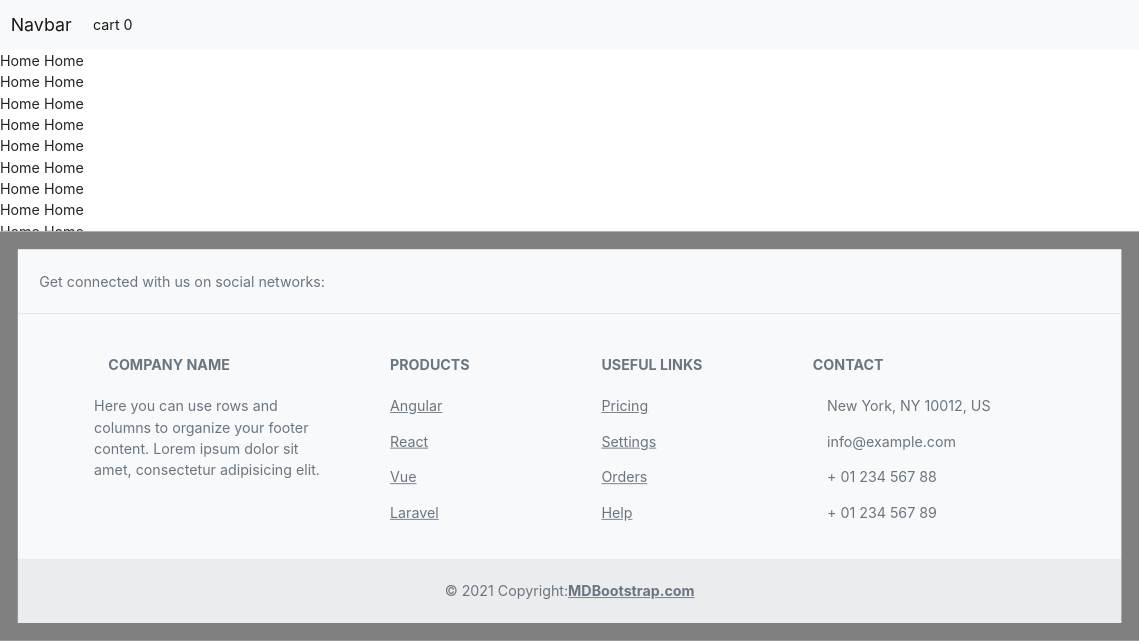
Repository: lausuarez02/eCommerceFull
Page: / (app in frontEnd/front/)
These files come from the project's save history. The page is drawn as it stood at one moment and after the next save; the edit follows.
The browser window is 1280 px wide. The pictures show the whole page, at 89% of full size.
The project was rebuilt for these pictures with package versions that can differ from the ones it lists, and the page was loaded fresh each time. Also part of the build but not shown: frontEnd/front/src/App.css, frontEnd/front/src/components/Product.js, frontEnd/front/src/components/Card.js.

Above is the page before, as saved 2021-07-15 19:52:34.

After the next save:
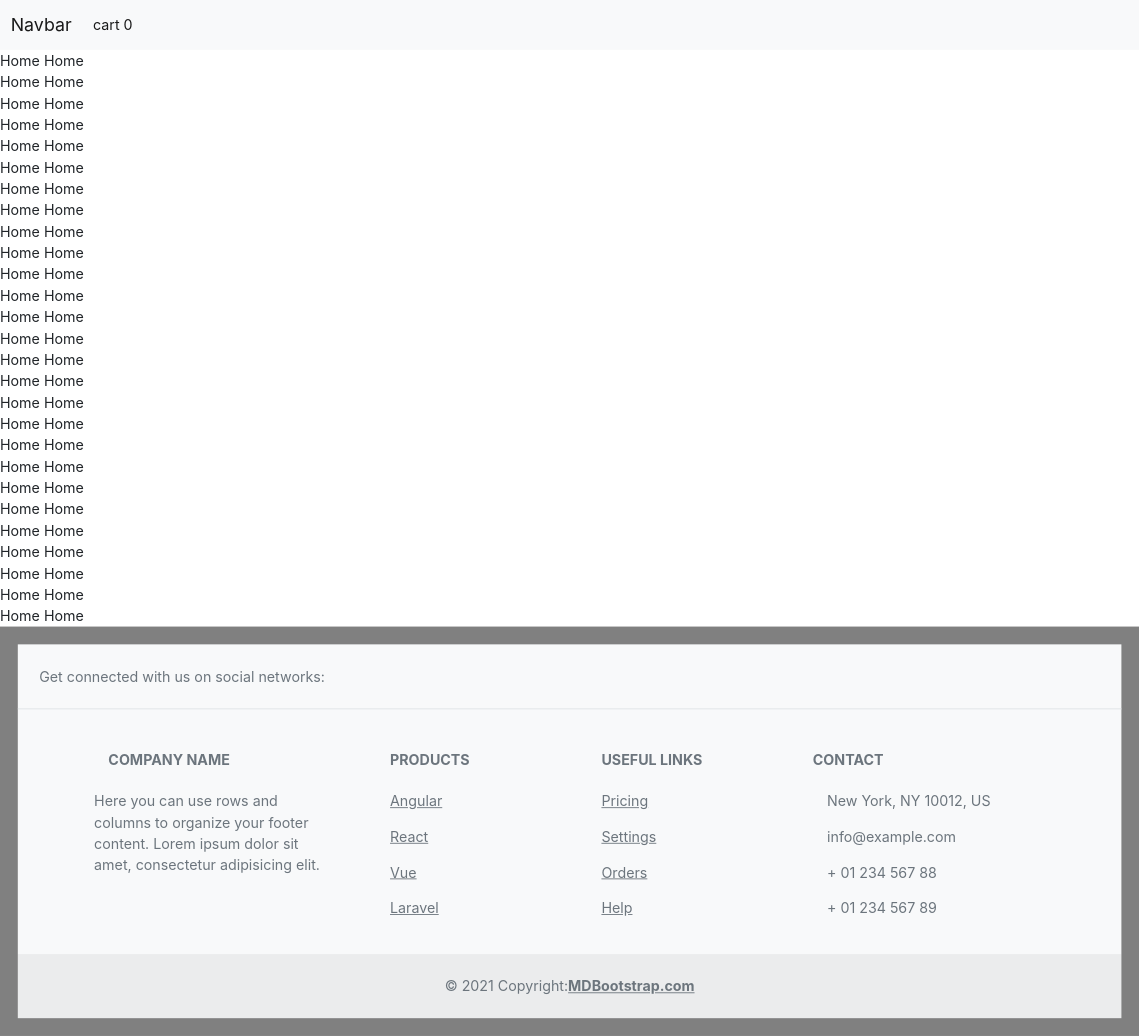
Saved 8 s later.
--- a/frontEnd/front/src/components/HomeScreen.js
+++ b/frontEnd/front/src/components/HomeScreen.js
@@ -177,7 +177,7 @@ const HomeScreen = () => {
         </div>
 
         <div style={{ backgroundColor: "grey",
-    position: "fixed",
+
     bottom: 0,
     width: "100%",
     padding: "20px"}}>
